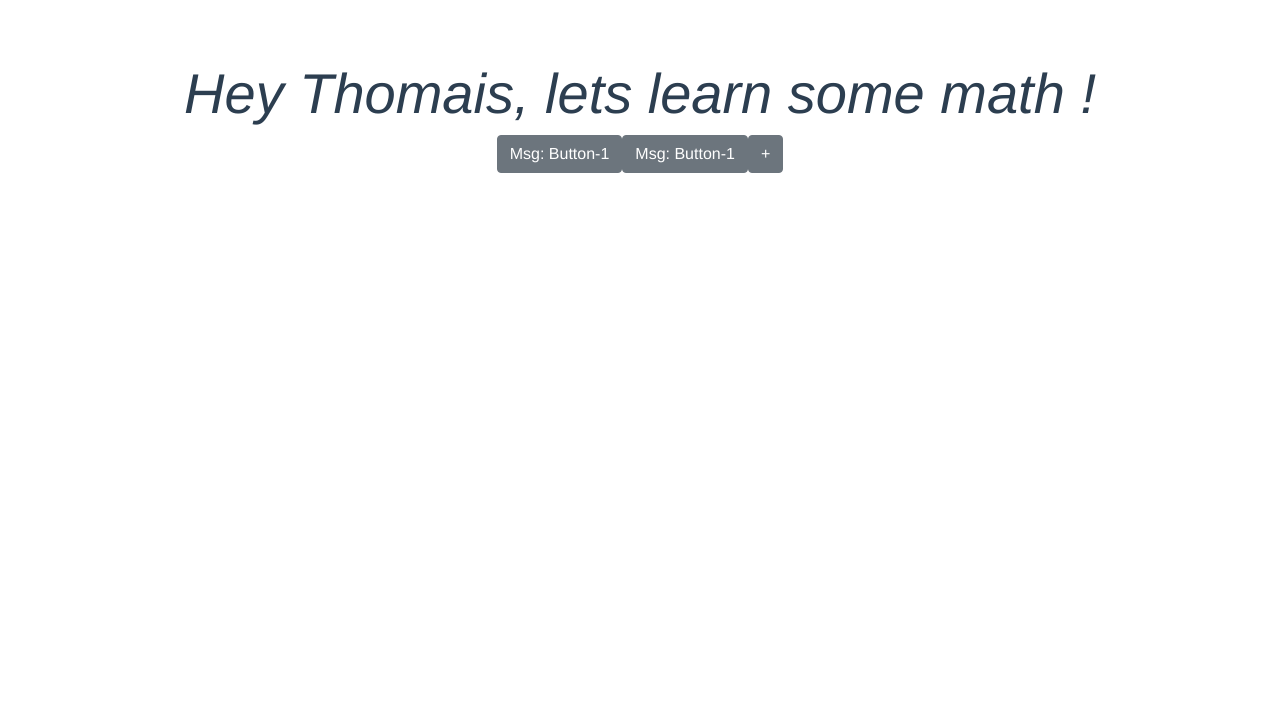
Repository: appersonj/Thom_vue_math
Page: /
The author's editor kept a copy of each file at every save. The page is drawn from the files as they stood at one save, then again after the next save.
The browser window is 1280 px wide. The pictures show the whole page.
The project was rebuilt for these pictures with package versions that can differ from the ones it lists, and the page was loaded fresh each time. Also part of the build but not shown: webpack.config.js.

Above is the page before, as saved 2019-01-19 15:45:32.

After the next save:
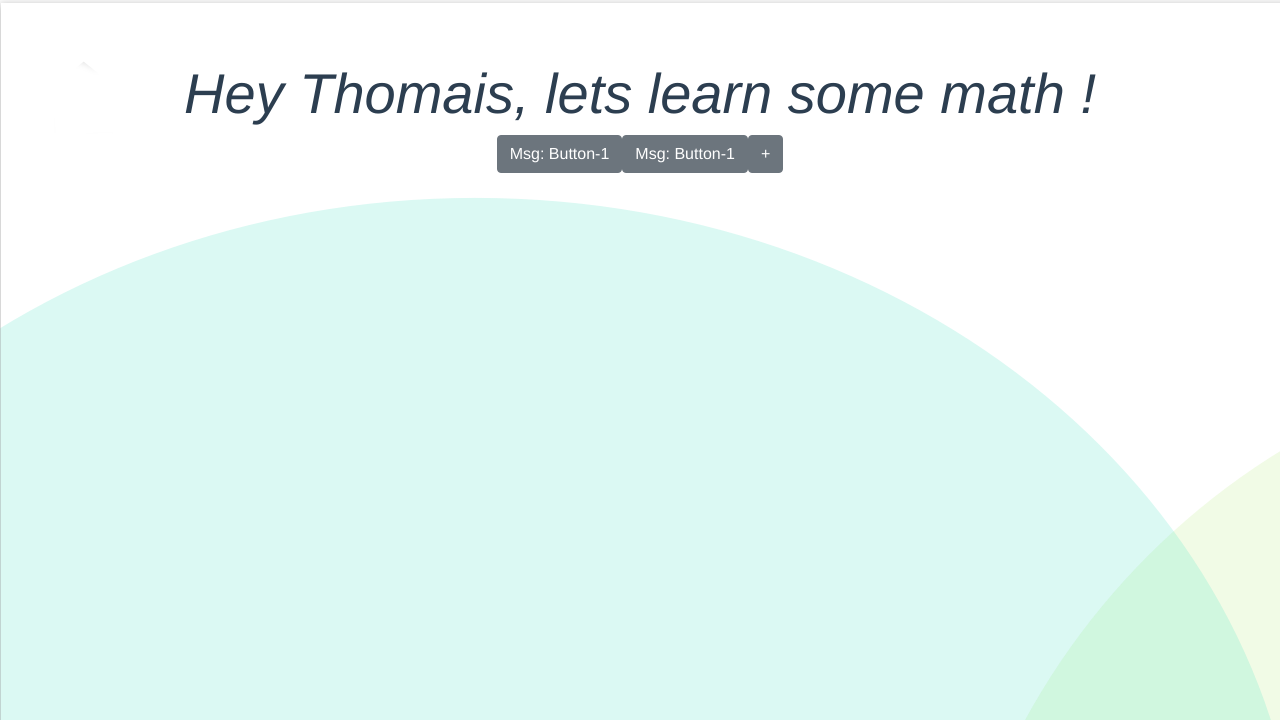
Saved 3 min 44 s later.
--- a/src/App.vue
+++ b/src/App.vue
@@ -3,7 +3,6 @@
 
 
 
-    <div :style="{ backgroundImage: './assets/screen_plain.png' }">
 
         <h1 class="display-4 font-weight-bolder font-italic ">Hey Thomais, lets learn some math !</h1>
 
@@ -20,7 +19,6 @@
                   +
       </b-button>
 
-    </div>
 
   </div>
 
@@ -55,6 +53,7 @@
 
 body {
   background-color: #ddccdd;
+  background: url('./assets/screen_plain.png')
 }
 
 #app {

After the save that followed:
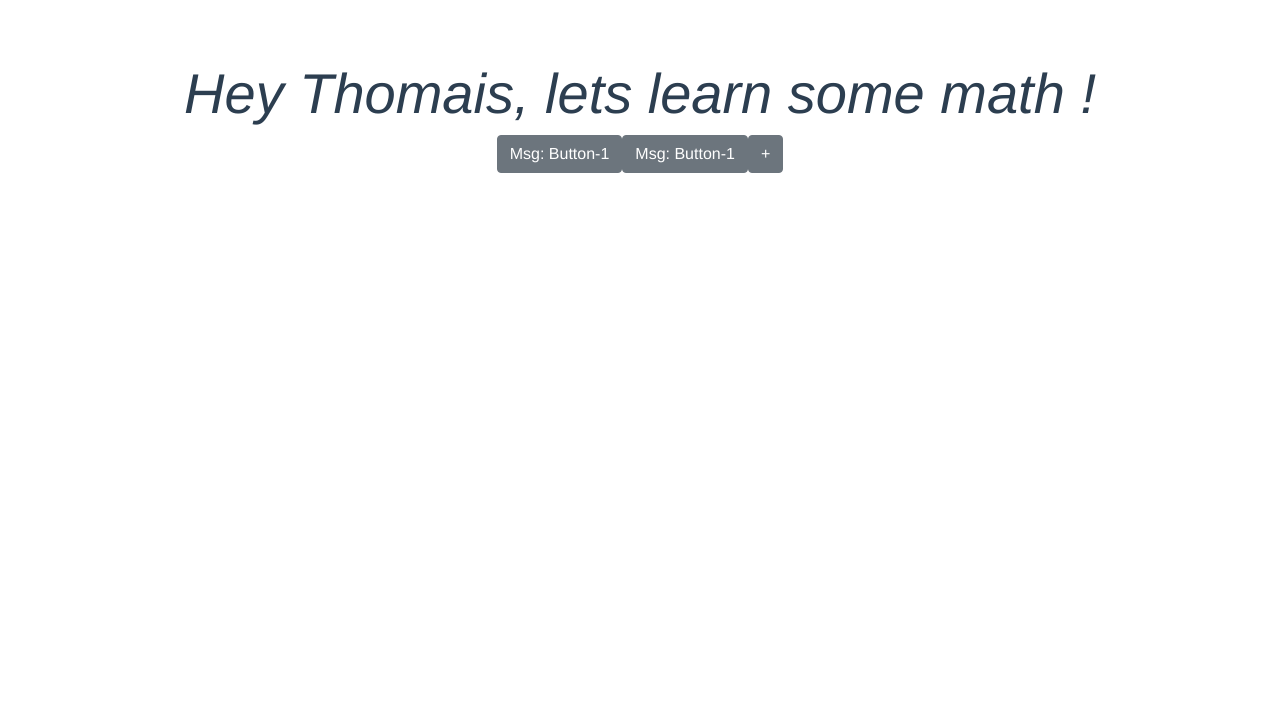
Saved 3 min 54 s later.
--- a/src/App.vue
+++ b/src/App.vue
@@ -53,7 +53,7 @@
 
 body {
   background-color: #ddccdd;
-  background: url('./assets/screen_plain.png')
+ // background: url('./assets/screen_plain.png')
 }
 
 #app {
